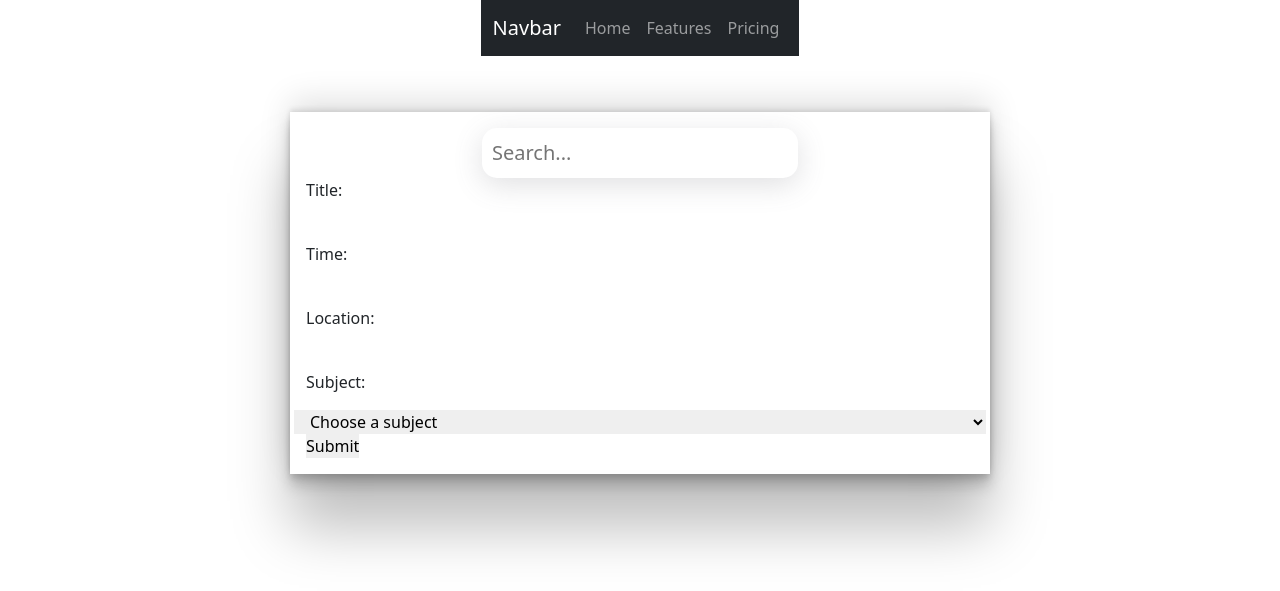
Repository: Omk1/RUStudy
Page: /
These files come from the project's save history. The page is drawn as it stood at one moment and after the next save; the edit follows.
The browser window is 1280 px wide. The pictures show the whole page.
The page's requests for data from a server got no answer. The project was rebuilt for these pictures with package versions that can differ from the ones it lists, and the page was loaded fresh each time. No one was signed in, and anything a server would have sent is missing. Also part of the build but not shown: src/Table.js, src/custom.scss.

Above is the page before, as saved 2023-10-08 08:49:58.

### src/App.js
import './App.css';
import Table from './Table';
import { useEffect, useState } from 'react';
import {db} from './firebase';
import {ref, onValue} from "firebase/database";
import {writeToDatabase} from './fireWrite';
import 'bootstrap/dist/css/bootstrap.min.css';
import { Container, Row } from 'react-bootstrap';
import Nav from 'react-bootstrap/Nav';
import Navbar from 'react-bootstrap/Navbar';
import './custom.scss'


function App() {
  const [query, setQuery] = useState("");
  const keys = ["title", "time", "loc", "tag"];

    const [title, setTitle] = useState("");
    const [tag, setTag] = useState("");
    const [time, setTime] = useState("");
    const [loc, setLoc] = useState("");

    const [groups, setGroups] = useState([]);

    useEffect(() => {
      const fetchData = async () => {
        const groupsRef = ref(db);
        onValue(groupsRef, (snapshot) => {
          const data = snapshot.val();
          if (data) {
            const groupsArray = Object.values(data);
            setGroups(groupsArray);
          }
        });
      };

      fetchData();
    }, []);

  const search = (data) => {
    return data.filter((item) =>
      keys.some((key) => {
        const itemValue = item[key];
        return itemValue && itemValue.toLowerCase().includes(query.toLowerCase());
      })
    );
  }

  return (
    <div className="app">
      <>
      <Row>
      <Navbar bg="dark" data-bs-theme="dark">
        <Container>
          <Navbar.Brand href="#home">Navbar</Navbar.Brand>
          <Nav className="me-auto">
            <Nav.Link href="#home">Home</Nav.Link>
            <Nav.Link href="#features">Features</Nav.Link>
            <Nav.Link href="#pricing">Pricing</Nav.Link>
          </Nav>
        </Container>
      </Navbar>
      </Row>
      <br />
    </>
      <container>
          <input
          placeholder="Search..."
          className="search"
          onChange={e=> setQuery(e.target.value.toLowerCase())}/>
        <form>
          <Row>
            <label>Title: </label>
            <input type="text" value={title} onChange={(e) => setTitle(e.target.value)}></input>
          </Row>
          <Row>
            <label>Time: </label>
            <input type="text" value={time} onChange={(e) => setTime(e.target.value)}></input>
          </Row>
          <Row>
            <label>Location: </label>
            <input type="text" value={loc} onChange={(e) => setLoc(e.target.value)}></input>
          </Row>
          <Row>
            <label>Subject: </label>
            <select value={tag} onChange={(e) => setTag(e.target.value)}>
                <option value="" className="gray">Choose a subject</option>
                <option value="Mathematics">Mathematics</option>
                <option value="Science">Science</option>
                <option value="Economics">Economics</option>
                <option value="Business">Business</option>
            </select>
          </Row>
          <button className="submit" onClick={()=>writeToDatabase(title, time, loc, tag, setTitle, setTime, setLoc, setTag)}>Submit</button>
        </form>
          {
            search(groups).map((data) => (
                <Table title={data.title}
                    time={data.time}
                    loc={data.loc}
                    tag={data.tag}
                    />
            ))
          }
        </container>
    </div>
  );
}

export default App;

### src/App.css
.inline{
  display: inline;
}

.submit{
  margin: auto;
}

.accordion{
  box-sizing: border-box;
  margin: 1.3rem 0;
}

label{
  margin: 1rem 0;

}

container{
  margin: 2rem auto;
  width: 60%;
  box-shadow: rgba(0, 0, 0, 0.25) 0px 54px 55px, rgba(0, 0, 0, 0.12) 0px -12px 30px, rgba(0, 0, 0, 0.12) 0px 4px 6px, rgba(0, 0, 0, 0.17) 0px 12px 13px, rgba(0, 0, 0, 0.09) 0px -3px 5px;  max-width: 700px;
  padding: 1rem;
  align-items: center;
  z-index: 3;
}

.app {
  margin: auto;
  display: flex;
  flex-direction: column;
  justify-content: center;
  align-items: center;
  width: 100vw;
  z-index: -2;
}

.search {
  padding: 10px;
  font-size: 20px;
  height: fit-content;
  display: flex;
  margin: auto;
  box-shadow: rgba(100, 100, 111, 0.2) 0px 7px 29px 0px;
  border-radius: 15px;
}


table {
  width: 100%;
  margin: 50px 0px;
  border-spacing: 15px;
  color: #444;
}

.create label {
  text-align: left;
  display: block;
}

.create input, .create textarea, .create select {
  width: 100%;
  padding: 6px 10px;
  margin: 10px 0;
  border: 1px solid #ddd;
  box-sizing: border-box;
  display: block;
}
.create button {
  background: #f1356d;
  color: #424040;
  border: 0;
  padding: 8px;
  border-radius: 8px;
  cursor: pointer;
}

* {
	border: 0;
	box-sizing: border-box;
	margin: 0;
	padding: 0;
}

body, button, input {
	font: 1em Hind, sans-serif;
	line-height: 1.5em;
}

body, input {
	color: #171717;
}

.gray{
  color: "#bbbbbb";
}

### src/firebase.js
// firebase.js
import {initializeApp} from 'firebase/app';
import {getDatabase} from 'firebase/database';

const firebaseConfig = {
    apiKey: "AIzaSyDkupE5QsdIgtPw8W5ZrA7ZrCYUbS9JZ4E",
    authDomain: "rustudy-4ebc5.firebaseapp.com",
    databaseURL: "https://rustudy-4ebc5-default-rtdb.firebaseio.com",
    projectId: "rustudy-4ebc5",
    storageBucket: "rustudy-4ebc5.appspot.com",
    messagingSenderId: "827503237791",
    appId: "1:827503237791:web:a966eaea1462d4cfe1a0aa"
  };

const app = initializeApp(firebaseConfig);
export const db = getDatabase(app);

### src/fireWrite.js
import {uid} from "uid";
import {db} from './firebase';
import {set, ref} from "firebase/database"

export const writeToDatabase = (titleVal, timeVal, locVal, tagVal, setTitle, setTime, setLoc, setTag) => {
    const uuid = uid();
    set(ref(db, `/${uuid}`), {
      title: titleVal,
      time: timeVal,
      loc: locVal,
      tag: tagVal,
      uuid,
    });

    setTitle(""); setTime(""); setLoc(""); setTag("");
}

Loaded but not shown: public/index.html (common file); src/index.js (common file)

After the next save:
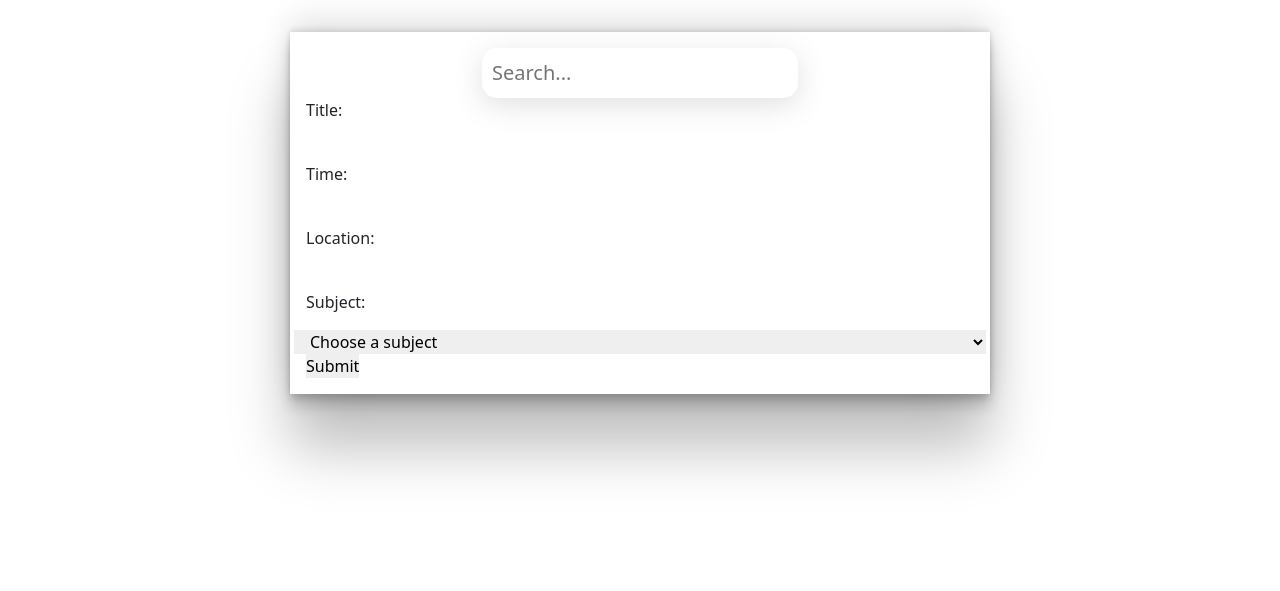
Saved 58 s later.
--- a/src/App.js
+++ b/src/App.js
@@ -48,21 +48,6 @@ function App() {
 
   return (
     <div className="app">
-      <>
-      <Row>
-      <Navbar bg="dark" data-bs-theme="dark">
-        <Container>
-          <Navbar.Brand href="#home">Navbar</Navbar.Brand>
-          <Nav className="me-auto">
-            <Nav.Link href="#home">Home</Nav.Link>
-            <Nav.Link href="#features">Features</Nav.Link>
-            <Nav.Link href="#pricing">Pricing</Nav.Link>
-          </Nav>
-        </Container>
-      </Navbar>
-      </Row>
-      <br />
-    </>
       <container>
           <input
           placeholder="Search..."
